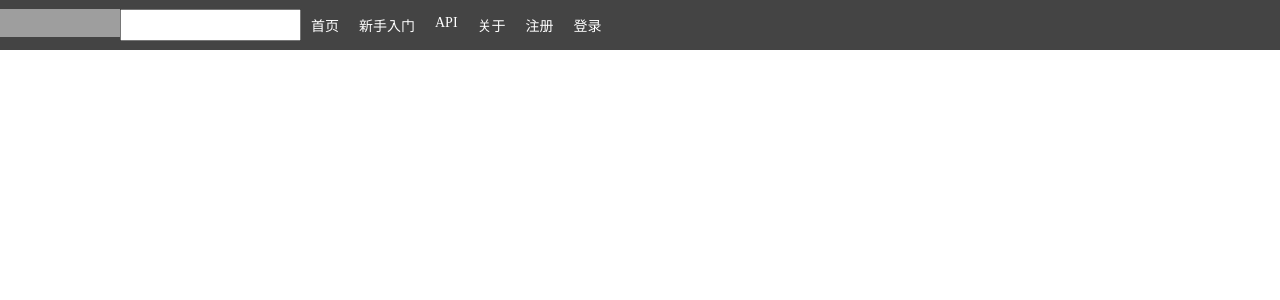
Repository: wujingwenwu/cnode
Page: /
An editor plug-in stored every save of this project. The page is shown before and after the next save, followed by the edit.
The browser window is 1280 px wide. The pictures show the whole page.
Pictures or frames that could not be fetched are drawn as grey boxes. The project was rebuilt for these pictures with package versions that can differ from the ones it lists, and the page was loaded fresh each time.

Above is the page before, as saved 2020-06-05 13:06:32.

### src/App.vue
<template>
  <div id="app">

    <router-view/>
  </div>
</template>

<style lang="scss">
@import '../src/style/changyong.css/changyong';
*{
  margin: 0;
  padding: 0;
}
</style>

### src/router/index.js
import Vue from 'vue'
import VueRouter from 'vue-router'
import Home from '../views/Home.vue'

Vue.use(VueRouter)

  const routes = [
  {
    path: '/',
    name: 'Home',
    component: Home
  },
  {
    path: '/sigon',
    name: 'sigon',

    component: () => import('../views/sigon/Sigon')
  },
  {
    path: '/about',
    name: 'About',

    component: () => import('../views/About.vue')
  }
]

const router = new VueRouter({
  mode: 'history',
  base: process.env.BASE_URL,
  routes
})

export default router

### src/style/changyong.css/changyong.scss
.d-f{
    display: flex;
    /* 弹性盒模型 */
}
.f-s-12{
    font-size: 12px;
    /* 字体大小为12px */
}
.f-s-14{
    font-size: 14px;
    /* 字体大小为14px */
}
.f-s-16{
    font-size: 16px;
    /* 字体大小为16px */
}
.f-w{
    font-weight: 700;
    /*字体 加粗 */
}
.f-c-ho{
    color: #f00;
    /* 红色 */
}
.f-c-hu{
    color: #ccc;
    /* 灰色 */
}
.f-c-b{
    color: #ffffff;
    /* 白色 */
}
.f-c-he{
    color: #000;
    /* 黑色 */
}
.t-a-l{
    text-align: left;
    /* 文本左对齐 */
}
.t-a-c{
    text-align: center;
    /* 文本居中 */
}
.t-a-r{
    text-align: right;
    /* 文本右对齐 */
}
.t-d-u{
    text-decoration: underline;
    /* 装饰在文本底部 */
}
.t-d-o{
    text-decoration: overline;
    /* 装饰在顶部 */
}
.t-d-l-t{
    text-decoration: line-through;
    /* 装饰在文本中间 */
}
.d-i{
    display: inline;
    /* 块级元素装换成行内元素 */
}
.d-i-b{
    display: inline-block;
    /* 块级元素装换成行内块元素 */
}
.d-b{
    display: block;
    /* 行内和行内块元素装换成块级元素 */
}
.d-n{
    display: none;
    /* 隐藏元素 */
}
.p-r{
    position: relative;
    /* 相对定位 */
}
.p-a{
    position: absolute;
    /* 绝对定位 */
}
.p-f{
    position: fixed;
    /* 固定定位 */
}
.b-r-50{
    border-radius: 50%;
    /* 圆角为50% */
}
.j-c-s-a{
    justify-content: space-around;
   /* 两边的子元素距离父元素的两边有间距，然后中间距离自动等分 */
}
.j-c-s-b{
    justify-content: space-between;
    /* 两边的子元素距离父元素没有间距，然后中间距离自动等分 */

}
.j-c-c{
    justify-content: center;
     /* 所有的子元素相当于父元素水平居中 */
}
.a-i-c{
    align-items: center;
    /* （竖轴排列方式）子元素相当于父元素垂直方向居中 */
}
.f-d-c{
    flex-direction: column;
    /* 弹性盒模型的竖项排列方式 */
}
*{
  margin: 0;
  padding: 0;
  /* 清除游览器的痕迹 */
}
.conter{
    display: flex;
    justify-content: center;
    /* 弹性盒模型，所有的文本在页面的中间 */
}
.warp{
   width: 1280px;
   /* 宽度为1280px，基本上不会超过1400px */
}
.o-h{
    overflow: hidden;
    /* 超出部分隐藏 */
}
.w-o-t{
    white-space: nowrap;
    overflow: hidden;
    text-overflow: ellipsis;
    /* 超出部分隐藏（只限字体） */
}
.d-n{
    display: none;
    /* 不占位置 */
}
.v-h{
    visibility: hidden;
    /* 占位置 */
}
.f-w-w{
    flex-wrap: wrap;
    /* 换行 */
}
.w-s-n{
    white-space: nowrap;
    /* 内容不换行 */
}
.m-t-20{
    margin-top: 20px;
    /* 向下20 */
}
.m-l-20{
    margin-left: 20px;

}
.m-t-10{
    margin-top: 10px;
}
.m-l-10{
    margin-left: 10px;
}
.b-c-hong{
    background-color: red;
}
.b-c-hei{
    background-color: black;
}
.b-c-bai{
    background-color: #ffffff;
}
.b-c-hui{
    background-color: #ccc;
}
.b-1-s-hong{
    border: 1px solid red;
}
.b-1-d-hong{
    border: 1px dashed red;
}
.b-1-s-bai{
    border: 1px solid #ffffff;
}
.b-1-d-bai{
    border: 1px dashed #ffffff;
}
.b-1-s-hei{
    border: 1px solid black;
}
.b-1-d-hei{
    border: 1px dashed black;
}
.b-1-s-hui{
    border: 1px solid #ccc;
}
.b-1-d-hui{
    border: 1px dashed #ccc;
}
.b-l-n{
    border-left: none;
    /* 左边框隐藏 */
}
.b-t-n{
    border-top: none;
}
.b-r-n{
    border-right: none;
}
.b-b-n{
    border-bottom: none;
}
.m-t-15{
    margin-top: 15px;
}
.m-t-30{
    margin-top: 30px;
}
.m-t-5{
    margin-top: 5px;
}
.b-none{
    border: none;
}
.f-s-18{
    font-size: 18px;
}
.m-l--10{
    margin-left: -10px;
}
.m-l-40{
    margin-left: 40px;
}
.o-n{
    outline: none;
    /* 隐藏边框 */
}

### src/views/Home.vue
<template>
 <div>

    <Nav></Nav>
 </div>
</template>

<script>
import Nav from '../components/home/Nav'
 export default {
   name:'',
   props:{

    },
   data () {
     return {

   }
   },
   components: {
      Nav
   },
   methods: {

   },
   mounted() {

   },
   watch: {

   },
   computed: {

   }
 }
</script>

<style scoped lang='scss'>

</style>

### src/components/home/Nav.vue
<template>
 <div>
    <div class="nav d-f a-i-c">
    <div class="d-f">
    <div>
       <img src="./YLAN27~L}0AN1NHKPUD2{)W.png" alt="" width="120px" height="28px">
    </div>
    <input type="text" class="item1">
    </div>
    <div class="d-f">
    <div class=" f-c-b f-s-14 item">首页</div>
    <div class=" f-c-b f-s-14 item">新手入门</div>
    <div class=" f-c-b f-s-14 item">API</div>
    <div class=" f-c-b f-s-14 item">关于</div>
    <div class=" f-c-b f-s-14 item">注册</div>
    <div class=" f-c-b f-s-14 item">登录</div>
    </div>
    </div>
 </div>
</template>

<script>
import axios from 'axios'
 export default {
   name:'',
   props:{

    },
   data () {
     return {

   }
   },
   components: {

   },
   methods: {

   },
   mounted() {

   },
   watch: {

   },
   computed: {

   }
 }
</script>

<style scoped lang='scss'>
.nav{
  width: 100%;
  height: 50px;
  background: rgb(68, 68, 68);
}
.item{
  padding: 0 10px;
}
.item1{

}
</style>

Loaded but not shown: public/index.html (common file); src/main.js (common file); src/store/index.js (common file)

After the next save:
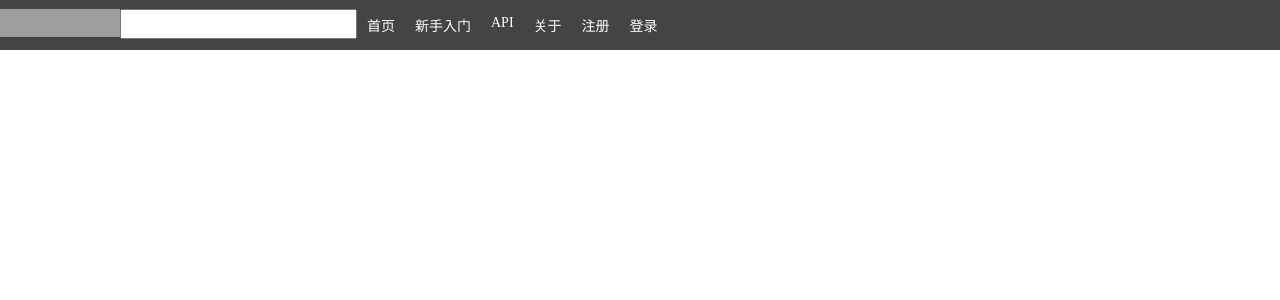
Saved 2 min 48 s later.
--- a/src/components/home/Nav.vue
+++ b/src/components/home/Nav.vue
@@ -59,6 +59,7 @@ import axios from 'axios'
   padding: 0 10px;
 }
 .item1{
-
+   width: 233px;
+   height: 26px;
 }
 </style>
